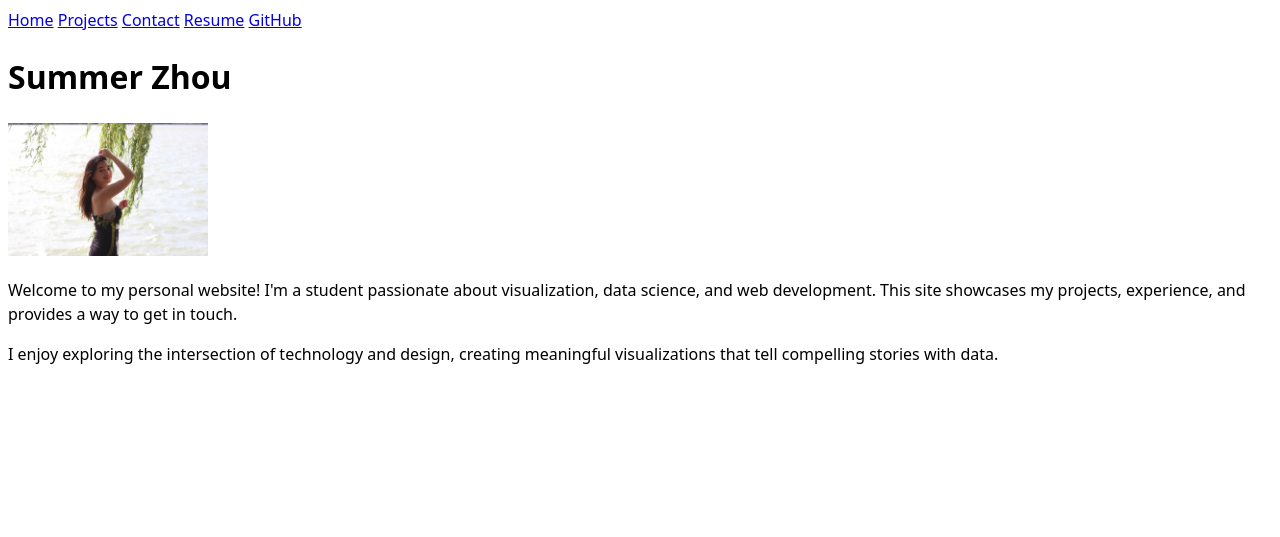
Repository: SummerZ27/personal-website
Page: index.html
An editor plug-in stored every save of this project. The page is shown before and after the next save, followed by the edit.
The browser window is 1280 px wide. The pictures show the whole page.

Above is the page before, as saved 2026-02-10 13:22:14.

After the next save:
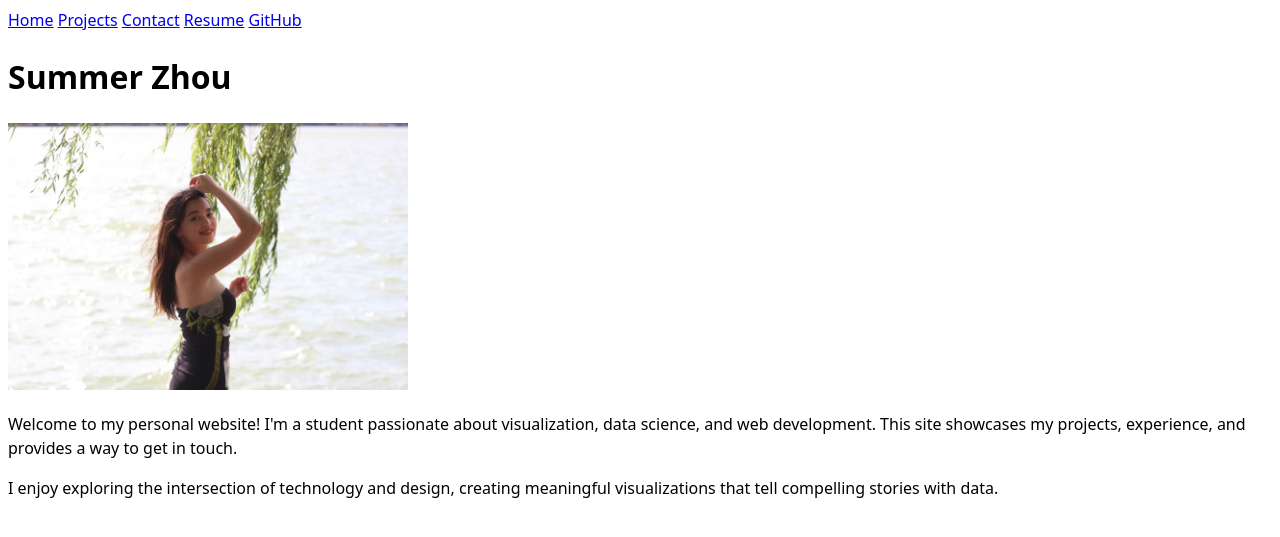
Saved 18 s later.
--- a/style.css
+++ b/style.css
@@ -6,6 +6,6 @@ body {
 }
 
 img {
-    max-width: 200px;
+    max-width: 400px;
     height: auto;
 }
